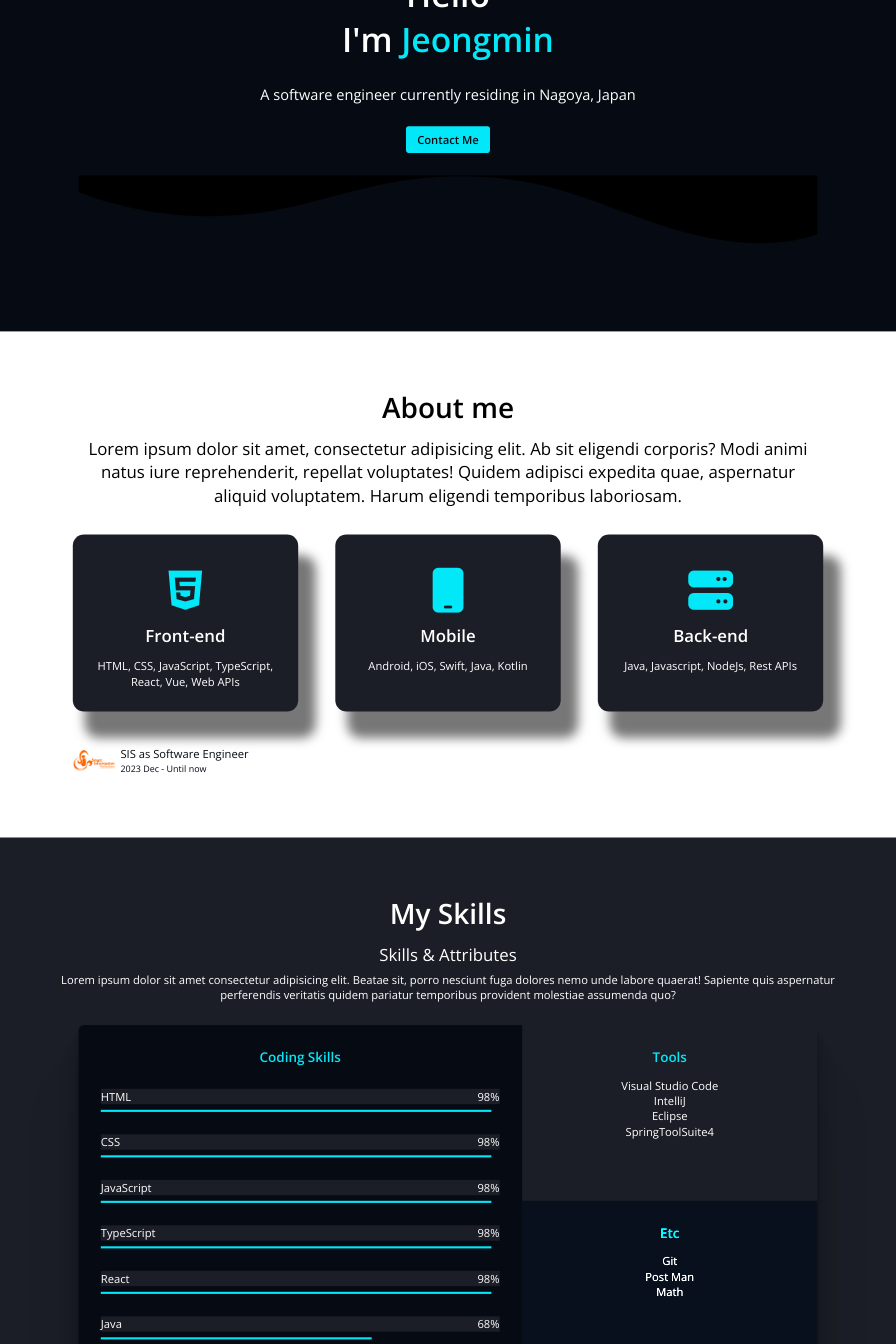
Repository: N1C0N1C0/Portfolio
Page: index.html
The author's editor kept a copy of each file at every save. The page is drawn from the files as they stood at one save, then again after the next save.
The browser window is 1280 px wide. The pictures show the part of the page from y = 409 to 2329 px (the page is 4606 px tall before and 4495 px after), at 70% of full size.
Some web libraries are served in a nearby version.

Above is the page before, as saved 2024-01-03 22:32:07.

After the next save:
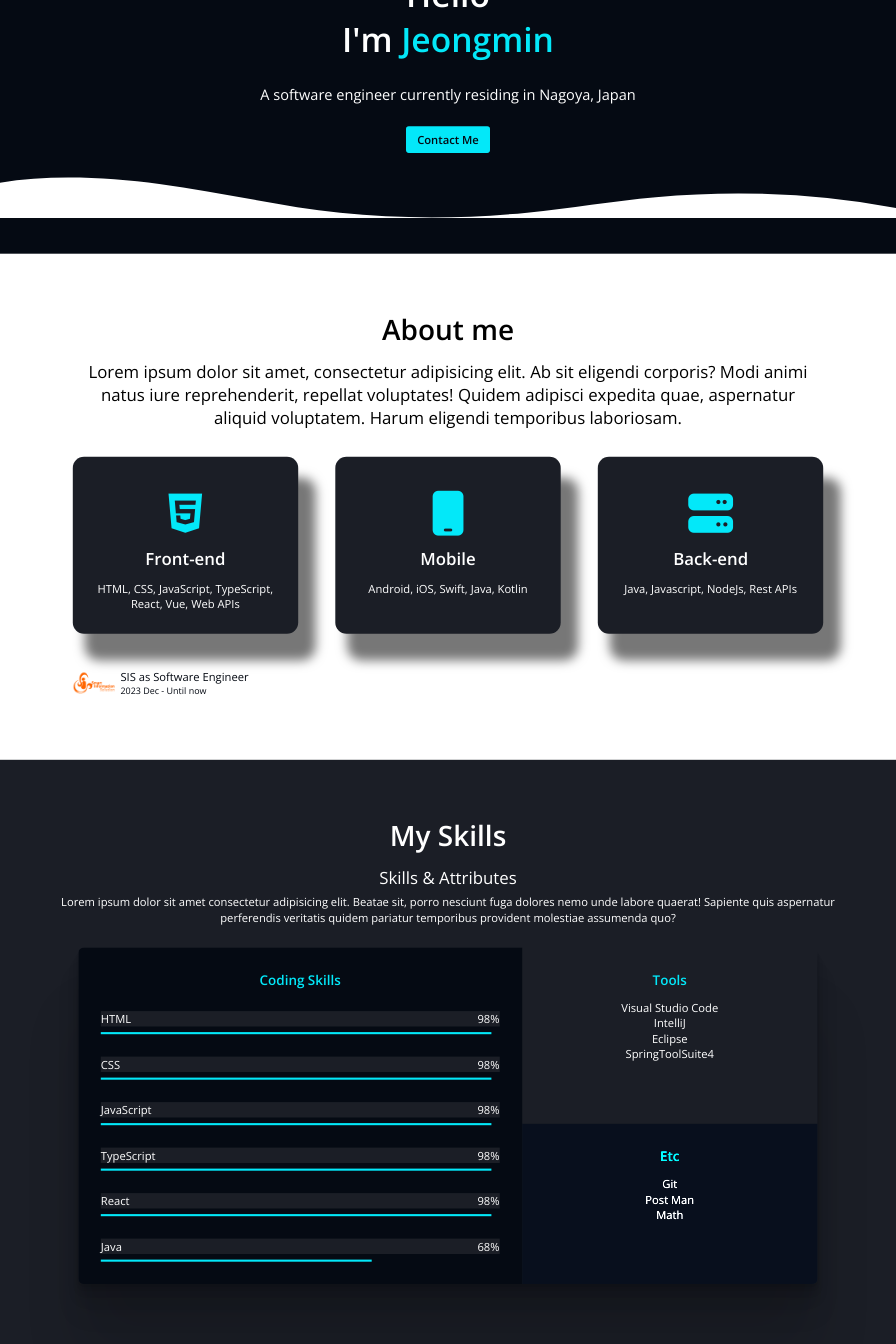
Saved 8 s later.
--- a/css/style.css
+++ b/css/style.css
@@ -149,7 +149,7 @@ button:focus {
     text-align: center;
 }
 
-.custom-shape-divider-bottom-1704288250 {
+.custom-shape-divider-bottom-1704288720 {
     position: absolute;
     bottom: 0;
     left: 0;
@@ -159,14 +159,14 @@ button:focus {
     transform: rotate(180deg);
 }
 
-.custom-shape-divider-bottom-1704288250 svg {
+.custom-shape-divider-bottom-1704288720 svg {
     position: relative;
     display: block;
     width: calc(100% + 1.3px);
-    height: 60px;
-}
-
-.custom-shape-divider-bottom-1704288250 .shape-fill {
+    height: 63px;
+}
+
+.custom-shape-divider-bottom-1704288720 .shape-fill {
     fill: #FFFFFF;
 }
 
